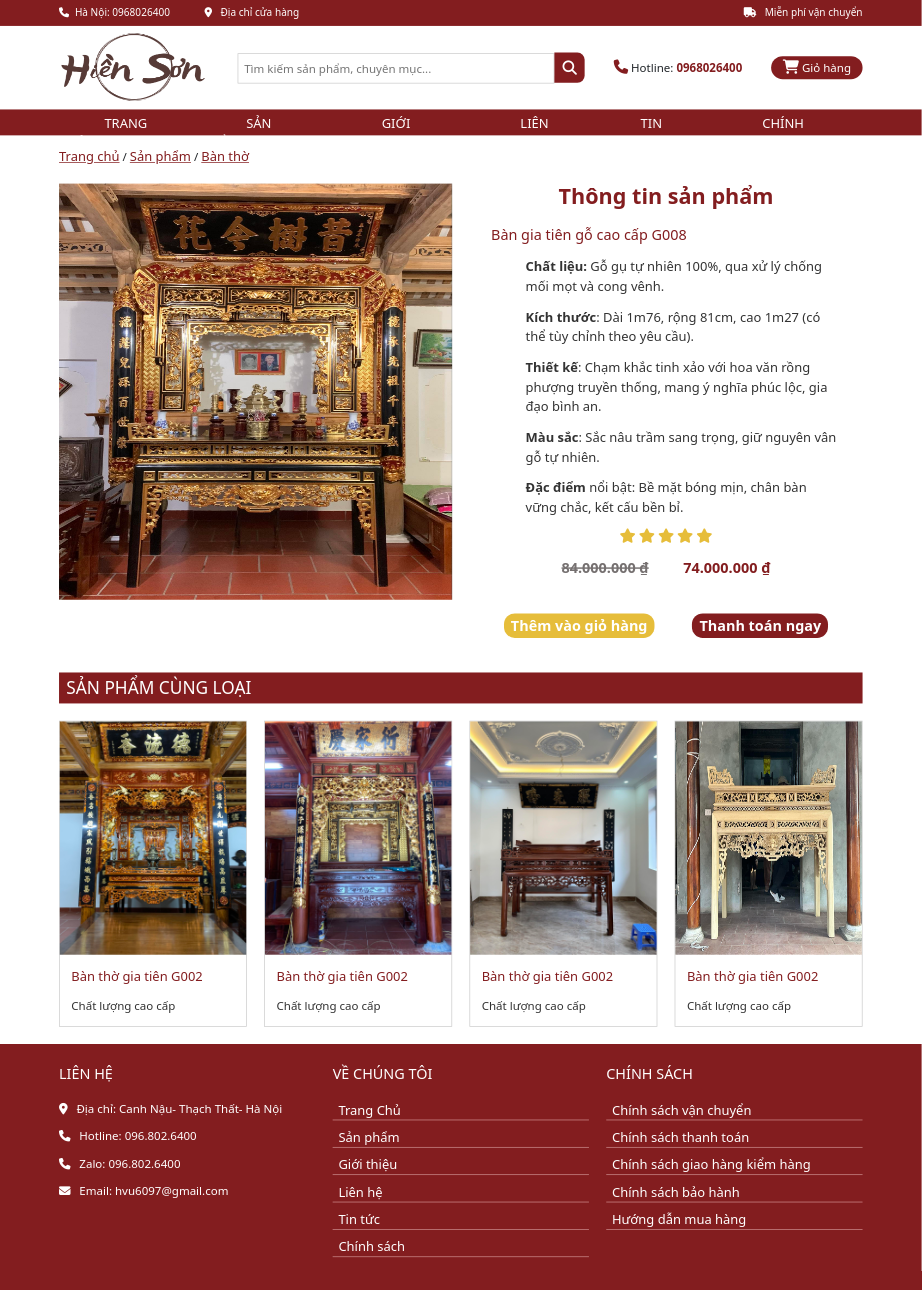
Repository: hoang28092000/do_go_hien_son
Page: product_details/ban_tho-g008.html
These files come from the project's save history. The page is drawn as it stood at one moment and after the next save; the edit follows.
The browser window is 1280 px wide. The pictures show the whole page, at 72% of full size.
Some web libraries are served in a nearby version.

Above is the page before, as saved 2024-08-10 22:12:30.

After the next save:
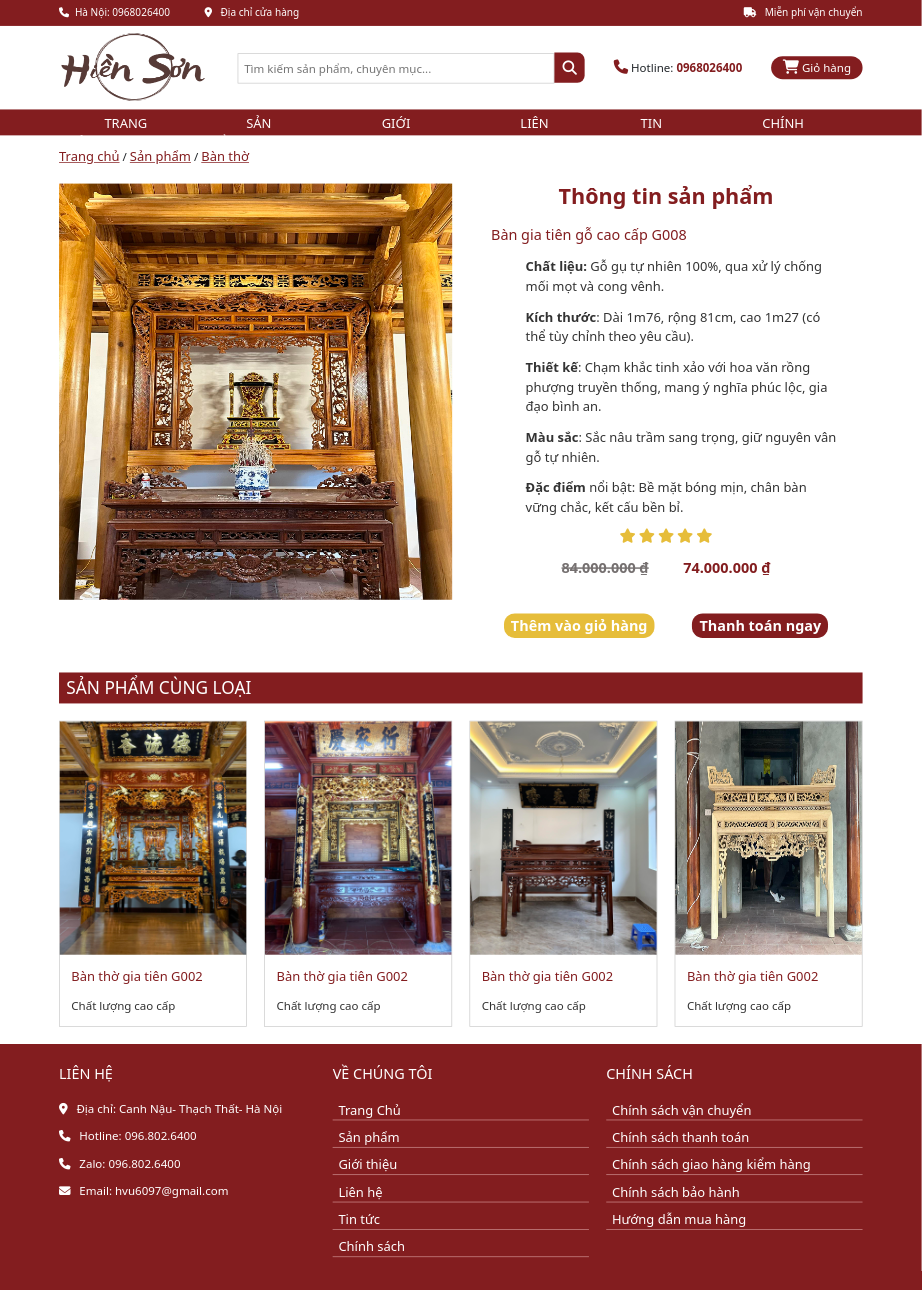
Saved 6 s later.
--- a/product_details/ban_tho-g008.html
+++ b/product_details/ban_tho-g008.html
@@ -79,7 +79,7 @@
             <div class="card-p_details">
                 <div class="row">
                     <div class="col-lg-6">
-                        <img src="../asset/image/anhn1.jfif" alt="" class="img-p_details w-100">
+                        <img src="../asset/image/anhn10.jfif" alt="" class="img-p_details w-100">
                     </div>
                     <div class="col-lg-6">
                         <div class="info-p_details">
